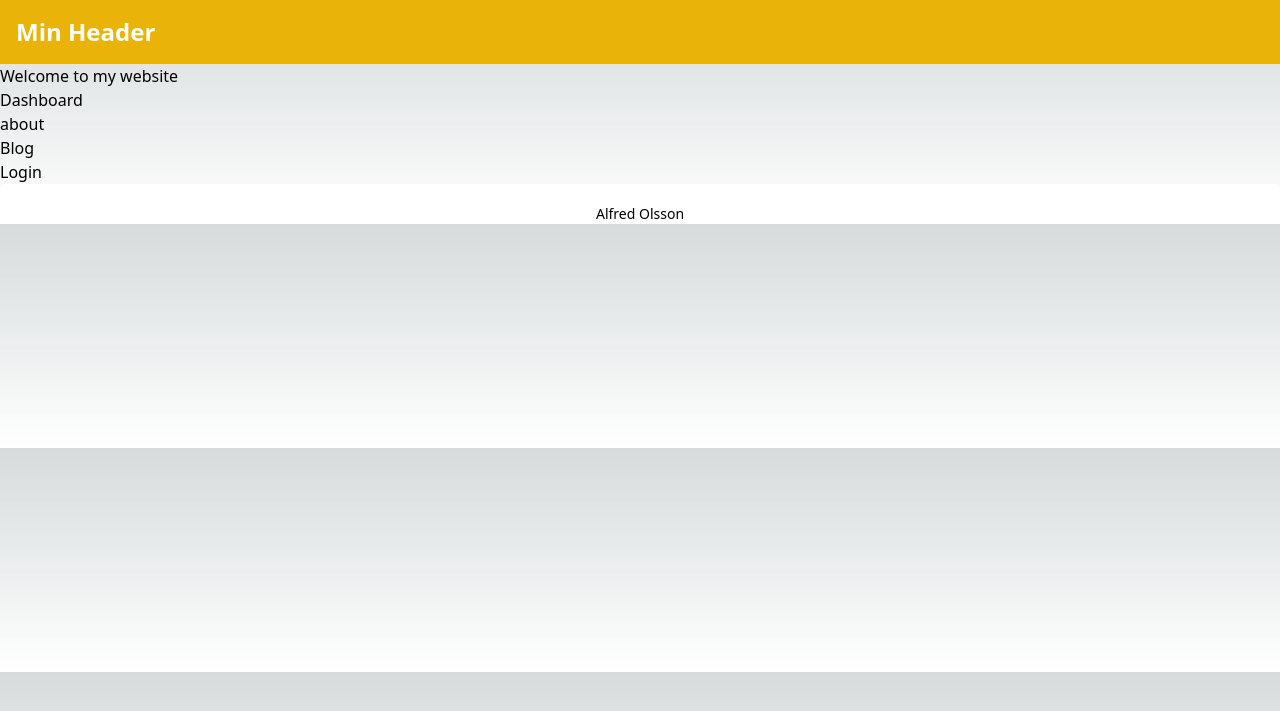
Repository: AlligatorAffe/NextWebsite
Page: /
An editor plug-in stored every save of this project. The page is shown before and after the next save, followed by the edit.
The browser window is 1280 px wide. The pictures show the whole page.
The project was rebuilt for these pictures with package versions that can differ from the ones it lists, and the page was loaded fresh each time. The framework's server and built-in components were replaced by stand-ins that run in the browser. Also part of the build but not shown: next.config.js.

Above is the page before, as saved 2024-01-04 21:26:34.

After the next save:
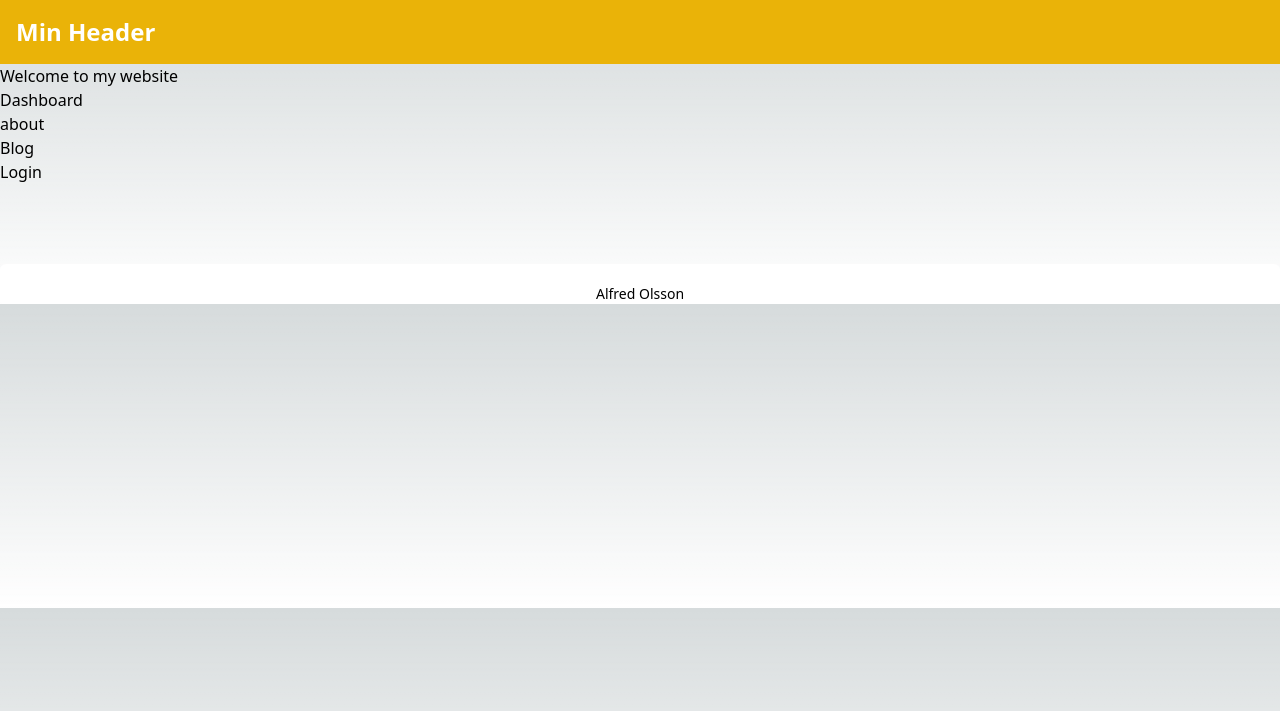
Saved 27 s later.
--- a/app/layout.tsx
+++ b/app/layout.tsx
@@ -54,9 +54,12 @@ export default function RootLayout({
           <h1 className="text-2xl font-bold text-white">Min Header</h1>
         </header>
         {children}
-        <footer className='bg-white rounded-md pt-5'>
-          <h3 className='text-black text-center text-sm align-middle'>Alfred Olsson</h3>
-        </footer>
+        <div className='pt-20'>
+          <footer className='bg-white rounded-md pt-5'>
+            <h3 className='text-black text-center text-sm align-middle'>Alfred Olsson</h3>
+          </footer>
+        </div>
+
       </body>
     </html>
   )
